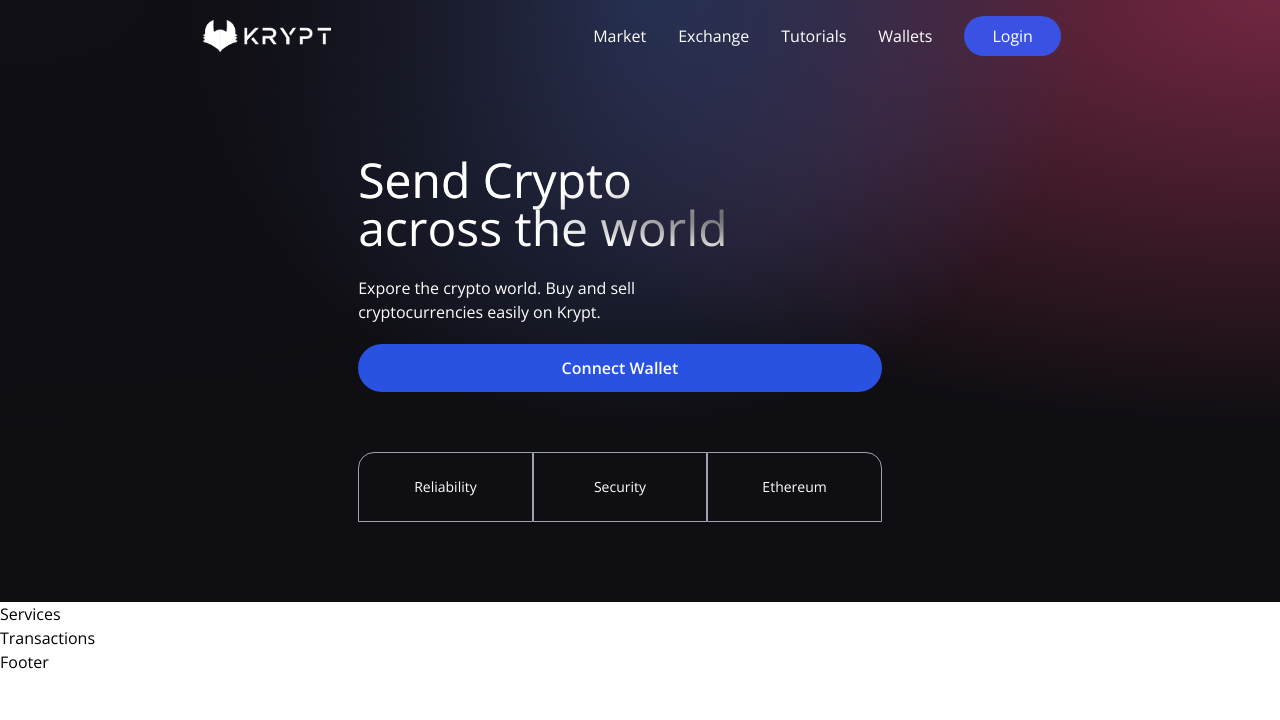
Repository: stephan-chiorean/krypt
Page: / (app in client/)
The author's editor kept a copy of each file at every save. The page is drawn from the files as they stood at one save, then again after the next save.
The browser window is 1280 px wide. The pictures show the whole page.
The project was rebuilt for these pictures with package versions that can differ from the ones it lists, and the page was loaded fresh each time. Also part of the build but not shown: client/vite.config.js, client/src/components/Loader.jsx.

Above is the page before, as saved 2023-03-28 15:16:08.

### client/src/App.jsx
import {Navbar, Welcome, Footer, Services, Transactions} from './components';

const App = () => {

  return (
    <div className="min-h-screen">
      <div className="gradient-bg-welcome">
        <Navbar/>
        <Welcome/>
      </div>
      <Services/>
      <Transactions/>
      <Footer/>
    </div>
  )
}

export default App

### client/src/components/index.js
export {default as Loader} from './Loader';
export {default as Navbar} from './Navbar';
export {default as Footer} from './Footer';
export {default as Welcome} from './Welcome';
export {default as Transactions} from './Transactions';
export {default as Services} from './Services';

### client/src/components/Navbar.jsx
import { HiMenuAlt4 } from 'react-icons/hi';
import { AiOutlineClose } from 'react-icons/ai';
import { useState } from 'react';

import logo from '../../images/logo.png';

const NavbarItem = ({ title, classProps }) => {
  return <li className={`mx-4 cursor-pointer ${classProps}`}>{title}</li>;
};
export default () => {
  const [toggleMenu, setToggleMenu] = useState(false);
  return (
    <nav className='w-full flex md:justify-center justify-between items-center p-4'>
      <div className='md:flex-[0.5] flex-initial justify-center items-center'>
        <img src={logo} alt='logo' className='w-32 cursor-pointer' />
      </div>
      <ul className='text-white md:flex hidden list-none flex-row justify-between items-center flex-initial'>
        {['Market', 'Exchange', 'Tutorials', 'Wallets'].map((item, index) => (
          <NavbarItem key={item + index} title={item} />
        ))}
        <li className='bg-[#3952e3] py-2 px-7 mx-4 rounded-full cursor-pointer hover:bg-[#2546bd]'>
          Login
        </li>
      </ul>
      <div className='flex relative'>
        {toggleMenu ? (
          <AiOutlineClose
            fontSize={28}
            className='text-white md:hidden cursor-pointer'
            onClick={() => setToggleMenu(false)}
          />
        ) : (
          <HiMenuAlt4
            fontSize={28}
            className='text-white md:hidden cursor-pointer'
            onClick={() => setToggleMenu(true)}
          />
        )}
        {toggleMenu && (
          <ul className="z-10 fixed top-0 -right-2 p-3 w-[70vw] h-screen shadow-2xl md:hidden list-none flex flex-col justify-start items-end rounded-md blue-glassmorphism text-white animate-slide-in">
            <li className='text-xl w-full my-2'>
              <AiOutlineClose onClick={() => setToggleMenu(false)} className="cursor-pointer"/>
            </li>
            {['Market', 'Exchange', 'Tutorials', 'Wallets'].map(
              (item, index) => (
                <NavbarItem key={item + index} title={item} classProps="my-2 text-lg"/>
              )
            )}
          </ul>
        )}
      </div>
    </nav>
  );
};

### client/src/components/Footer.jsx
import React from 'react'

export default() => {
  return (
    <div>Footer</div>
  )
}

### client/src/components/Welcome.jsx
import {AiFillPlayCircle} from "react-icons/ai"
import {SiEthereum} from "react-icons/si";
import {BsInfoCircle} from "react-icons/bs";
import {Loader} from './'
const commonStyles = 'min-h-[70px] sm:px-0 px-2 sm:min-w-[120px] flex justify-center items-center border-[0.5px] border-gray-400 text-sm font-light text-white'


export default() => {
  const connectWallet = () => {

  }
  return (
    <div className="flex w-full justify-center items-center">
      <div className="flex md:flex-row flex-col itesm-start justify-between md:p-20 py-12 px-4">
        <div className="flex flex-1 justify-start flex-col md:mr-10">
          <h1 className="text-3xl sm:text-5xl text-white text-gradient py-1">Send Crypto <br/> across the world</h1>
          <p className="text-left mt-5 text-white font-light md:w-9/12 w-11/12 text-base">
            Expore the crypto world. Buy and sell cryptocurrencies easily on Krypt.
          </p>
          <button type="button" onClick={connectWallet} className="flex flex-row justify-center items-center my-5 bg-[#2952e3] p-3 rounded-full cursor-pointer hover:bg-[#2546bd]">
            <p className="text-white text-base font-semibold">
              Connect Wallet
            </p>
          </button>
          <div className="grid sm:grid-cols-3 grid-cols-2 w-full mt-10">
            <div className={`rounded-tl-2xl ${commonStyles}`}>
              Reliability
            </div>
            <div className={commonStyles}>
              Security
            </div>
            <div className={`rounded-tr-2xl ${commonStyles}`}>
              Ethereum
            </div>
          </div>

        </div>
      </div>
    </div>
  )
}

### client/src/components/Transactions.jsx
import React from 'react'

export default() => {
  return (
    <div>Transactions</div>
  )
}

### client/src/components/Services.jsx
import React from 'react'

export default() => {
  return (
    <div>Services</div>
  )
}

Loaded but not shown: client/index.html (common file); client/src/main.jsx (common file); client/src/index.css (common file); client/tailwind.config.js (common file)

After the next save:
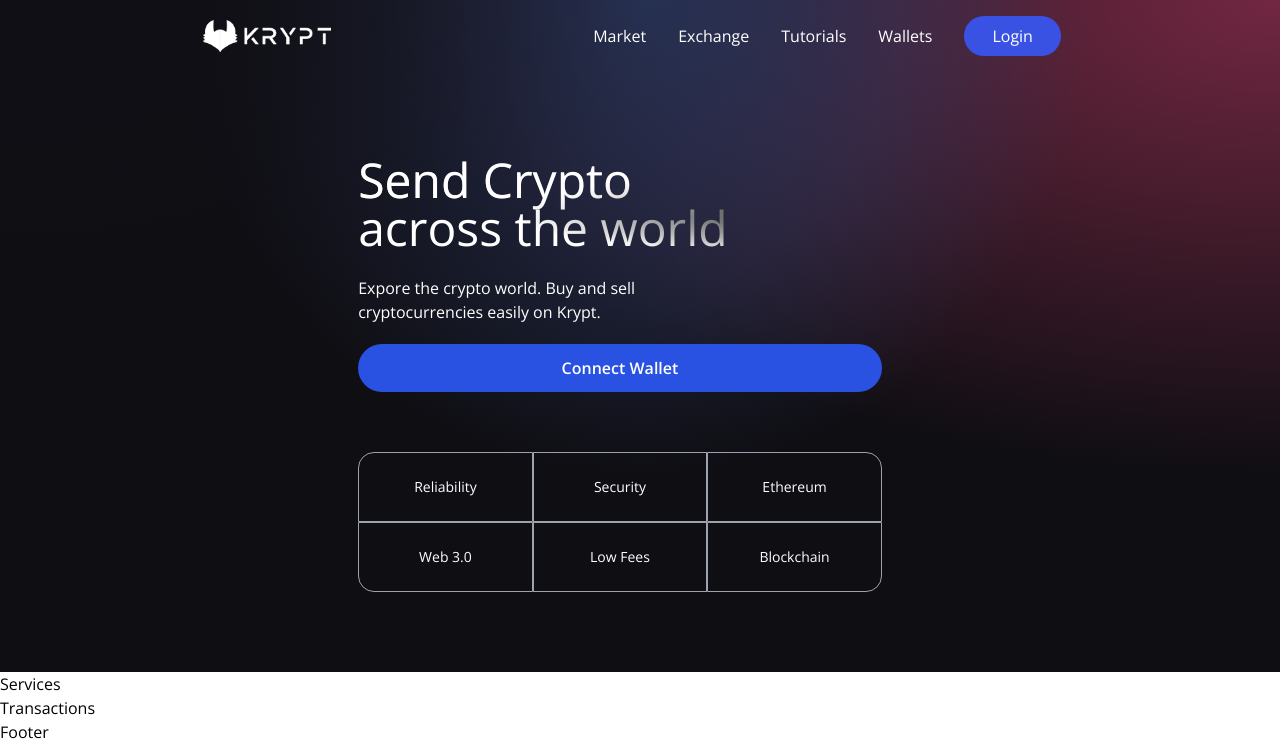
Saved 75 s later.
--- a/client/src/components/Welcome.jsx
+++ b/client/src/components/Welcome.jsx
@@ -22,17 +22,28 @@ export default() => {
               Connect Wallet
             </p>
           </button>
+
+
           <div className="grid sm:grid-cols-3 grid-cols-2 w-full mt-10">
             <div className={`rounded-tl-2xl ${commonStyles}`}>
               Reliability
             </div>
-            <div className={commonStyles}>
-              Security
-            </div>
-            <div className={`rounded-tr-2xl ${commonStyles}`}>
+            <div className={commonStyles}>Security</div>
+            <div className={`sm:rounded-tr-2xl ${commonStyles}`}>
               Ethereum
             </div>
+            <div className={`sm:rounded-bl-2xl ${commonStyles}`}>
+              Web 3.0
+            </div>
+            <div className={commonStyles}>Low Fees</div>
+            <div className={`rounded-br-2xl ${commonStyles}`}>
+              Blockchain
+            </div>
           </div>
+
+
+
+
 
         </div>
       </div>
